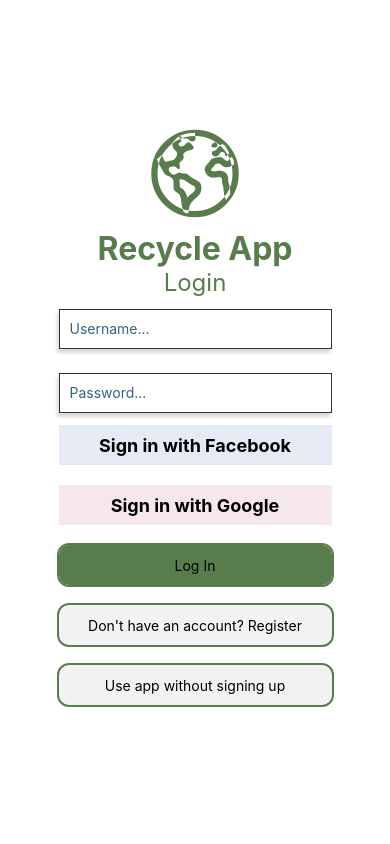
Repository: ct-pham/COMP4511
Screen: / (app in comp4511/)
These files come from the project's save history. The screen is drawn as it stood at one moment and after the next save; the edit follows.
The app was drawn by React Native's web renderer in a window 390 px wide. The project was rebuilt for these pictures with package versions that can differ from the ones it lists, and the page was loaded fresh each time.

Above is the screen before, as saved 2022-11-07 16:50:51.

### comp4511/App.js

// import { NavigationContainer } from 'react-navigation/native';
// import { createNativeStackNavigator } from 'react-navigation/native-stack';
import Login from './Components/Login';
//import Register from './Components/Register';

export default function App() {
  return (
    // <NavigationContainer>
    //   <Stack.Navigator initialRouteName="Home">
    //     <Stack.Screen name="Login" component={Login} />
    //     <Stack.Screen name="Register" component={Register} />
    //   </Stack.Navigator>
    // </NavigationContainer>
    <Login />
  );
}

### comp4511/Components/Login.js
import {
    StyleSheet,
    Text,
    View,
    TextInput,
    TouchableOpacity,
} from 'react-native';

import FontAwesome from 'react-native-vector-icons/FontAwesome';

import Icon from 'react-native-vector-icons/Ionicons';

export default function Login( {navigation}) {
    return (
        <View style={styles.container}>
            <View>
                <Icon
                    name = "earth-outline"
                    size = {100}
                    color = "#587C4B"
                />
            </View>

            <Text style = {styles.title}>Recycle App</Text>
            <Text style = {styles.subtitle}>Login</Text>
            <View style={styles.inputView}>
                <TextInput
                    style={styles.TextInput}
                    placeholder="Username..."
                    placeholderTextColor="#003f5c"
                />
            </View>

            <View style={styles.inputView}>
                <TextInput
                    style={styles.TextInput}
                    placeholder="Password..."
                    placeholderTextColor="#003f5c"
                    secureTextEntry={true}
                />
            </View>

            <TouchableOpacity
                style = {[styles.socialBtn, {backgroundColor: '#e6eaf4'}]}
            >
                <View style={styles.iconWrapper}>
                    <FontAwesome  />
                </View>
                <View style={styles.btnTxtWrapper}>
                    <Text style = {styles.btnTxt} >Sign in with Facebook</Text>
                </View>
            </TouchableOpacity>
            <TouchableOpacity
                style = {[styles.socialBtn, {backgroundColor: '#f5e7ea'}]}
            >
                <View style={styles.iconWrapper2}>
                    <FontAwesome  />
                </View>
                <View style={styles.btnTxtWrapper}>
                    <Text style = {styles.btnTxt}>Sign in with Google</Text>
                </View>
            </TouchableOpacity>


            <TouchableOpacity style = {styles.btnStyle}>
                <Text style={styles.loginBtn}>Log In</Text>
            </TouchableOpacity>

            <TouchableOpacity
                onPress = {console.log('Register')}
                style = {styles.btnStyle2}
            >
                <Text style={styles.loginBtn}>Don't have an account? Register</Text>
            </TouchableOpacity>

            <TouchableOpacity
                style = {styles.btnStyle2}
            >
                <Text style={styles.loginBtn}>Use app without signing up</Text>
            </TouchableOpacity>

        </View>
    );
}

const styles = StyleSheet.create({
    container: {
        flex: 1,
        backgroundColor: '#ffffff',
        alignItems: 'center',
        justifyContent: 'center',
    },
    inputView: {
        backgroundColor: '#ffffff',
        borderWidth: 1,
        borderColor: '#000000',
        height: 40,
        width: '70%',
        margin: 12,
        borderWidth: 1,
        padding: 10,
        shadowColor: '#171717',
        shadowOffset: {width: -2, height: 4},
        shadowOpacity: 0.2,
        shadowRadius: 3,
        opacity: 0.8,
    },
    button: {
        borderRadius: 25,
    },
    btnStyle: {
        backgroundColor: '#587C4B',
        outlineColor: '#587C4B',
        outlineWidth: 2,
        outlineStyle:  'solid',
        width: '70%',
        height: 40,
        alignItems: 'center',
        justifyContent: 'center',
        borderRadius: 10,
        marginBottom:20,
    },
    btnStyle2: {
        backgroundColor: '#F2F2F2',
        borderRadius: 10,
        outlineColor: '#587C4B',
        outlineWidth: 2,
        outlineStyle:  'solid',
        width: '70%',
        height: 40,
        alignItems: 'center',
        justifyContent: 'center',
        marginBottom: 20,
    },
    title: {
        fontSize: 32,
        fontWeight: 'bold',
        color: '#587C4B',
    },
    subtitle: {
        fontSize: 24,
        fontWeight: 'semibold',
        color: '#587C4B',
    },
    socialBtn: {
        width: '70%',
        height: 40,
        alignItems: 'center',
        justifyContent: 'center',
        marginBottom: 20,
    },
    btnTxt: {
        fontSize: 18,
        fontWeight: 'bold',
    }
});

After the next save:
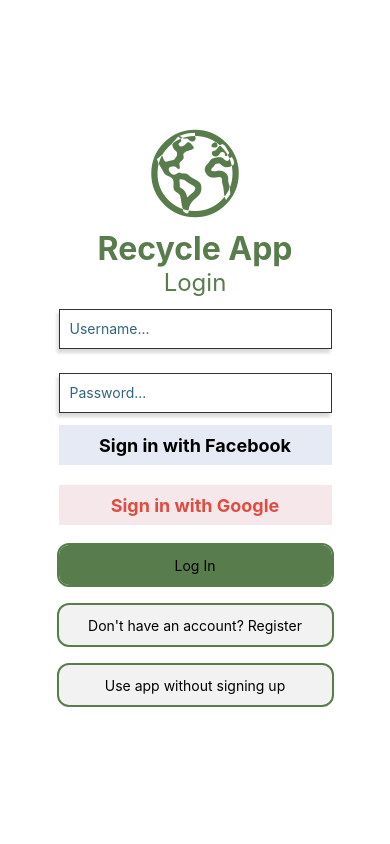
Saved 65 s later.
--- a/comp4511/Components/Login.js
+++ b/comp4511/Components/Login.js
@@ -47,7 +47,7 @@ export default function Login( {navigation}) {
                     <FontAwesome  />
                 </View>
                 <View style={styles.btnTxtWrapper}>
-                    <Text style = {styles.btnTxt} >Sign in with Facebook</Text>
+                    <Text style = {[styles.btnTxt, {color: '' }]} >Sign in with Facebook</Text>
                 </View>
             </TouchableOpacity>
             <TouchableOpacity
@@ -57,7 +57,7 @@ export default function Login( {navigation}) {
                     <FontAwesome  />
                 </View>
                 <View style={styles.btnTxtWrapper}>
-                    <Text style = {styles.btnTxt}>Sign in with Google</Text>
+                    <Text style = {[styles.btnTxt, {color:'#de4d41'}]} >Sign in with Google</Text>
                 </View>
             </TouchableOpacity>
 
